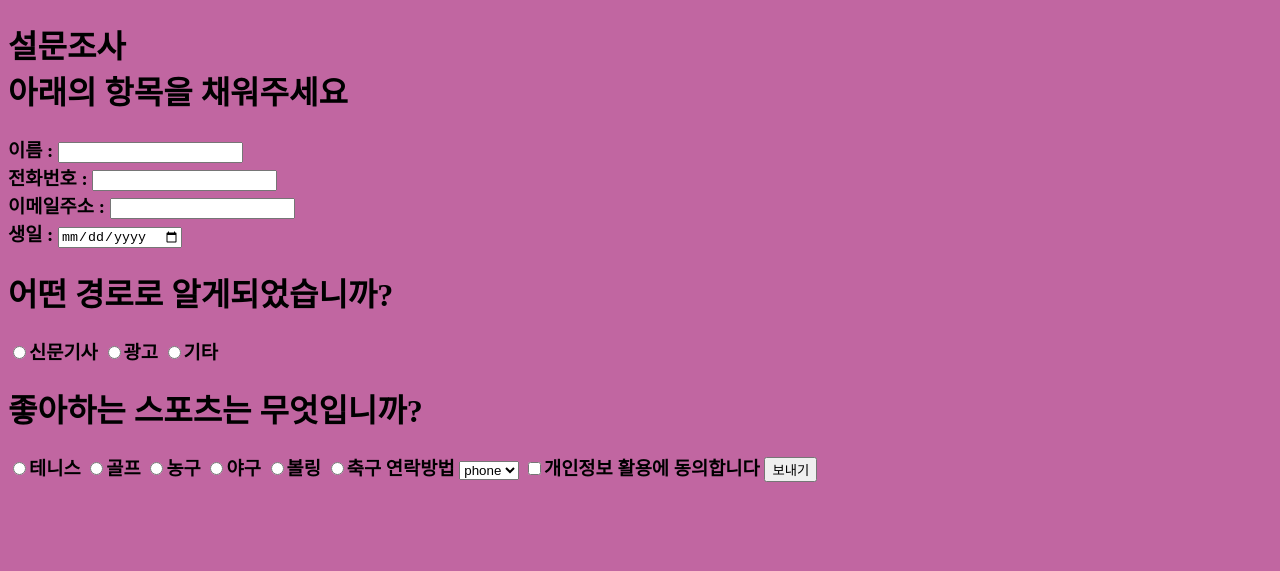
Repository: violetaplum/eclipseJSP
Page: http://localhost/JSP/jsp_DB/dao.jsp
These files come from the project's save history. The page is drawn as it stood at one moment and after the next save; the edit follows.
The browser window is 1280 px wide. The pictures show the whole page.
The page is served by Tomcat 9.

Above is the page before, as saved 2019-06-12 10:07:29.

After the next save:
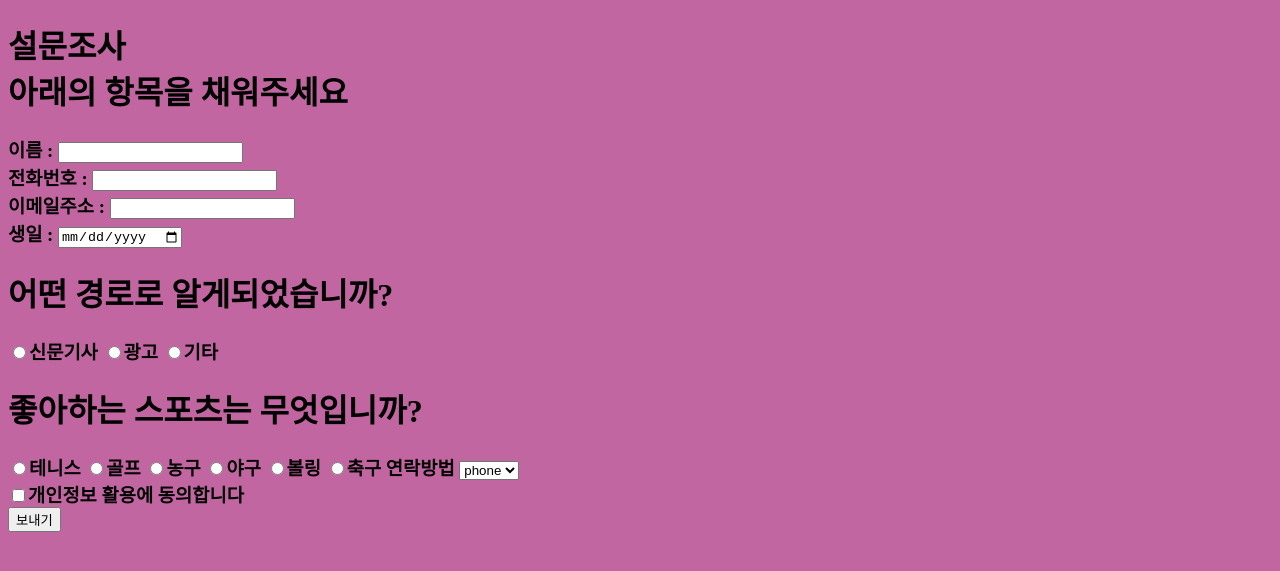
Saved 7 s later.
--- a/JSP/WebContent/jsp_DB/dao.jsp
+++ b/JSP/WebContent/jsp_DB/dao.jsp
@@ -59,10 +59,10 @@ ArrayList<TelInfoVO> tiArray = tidao.getAllInfo();
           <option value="sms">
             sms
           </option>
-</select>
+</select><br>
 
-<input type="checkbox" name="check" />개인정보 활용에 동의합니다
-<input type="submit" value="보내기" />
+<input type="checkbox" name="check" />개인정보 활용에 동의합니다<br>
+<input type="submit" value="보내기" /><br>
 
 
 </form>
